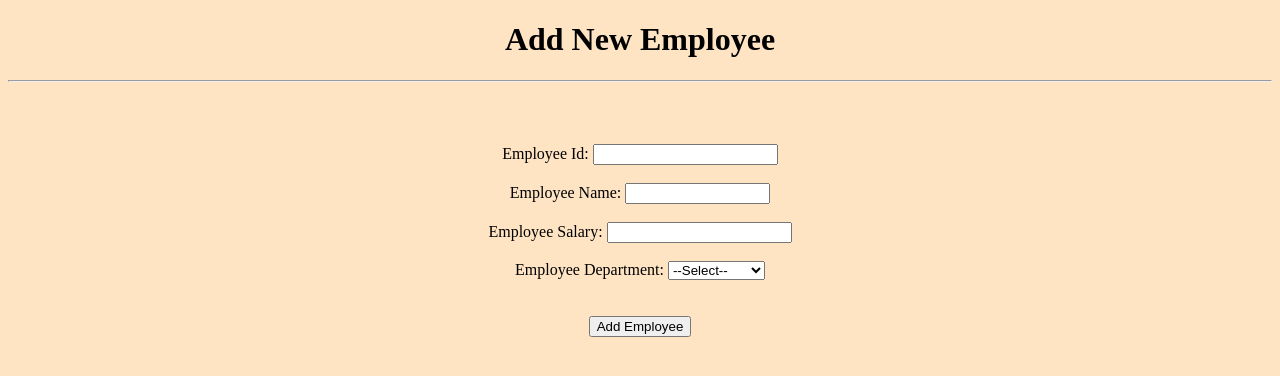
Repository: laikrish/day10
Page: http://localhost/EmployeeApp/
The author's editor kept a copy of each file at every save. The page is drawn from the files as they stood at one save, then again after the next save.
The browser window is 1280 px wide. The pictures show the whole page.
The page is served by Tomcat 9. Other server files are loaded and not shown.

Above is the page before, as saved 2018-09-11 11:12:37.

### EmployeeApp/WebContent/addEmployee.jsp
<%@ page language="java" contentType="text/html; charset=ISO-8859-1"
    pageEncoding="ISO-8859-1"%>
<!DOCTYPE html>
<html>
<head>
<meta charset="ISO-8859-1">
<title>New Employee Page</title>
</head>
<body bgcolor="Bisque" style="text-align:center" >
	<h1>Add New Employee</h1>
	<hr>
	<form action="addEmployee.do" method="post">
	<br><br><br>
		<label> Employee Id: </label>
		<input type="number" name="empId" required />
		<br> <br>
		<label>Employee Name: </label>
		<input type="text" name="empName" size="15" required />
		<br> <br>
		<label> Employee Salary: </label>
		<input type="number" name="empSalary" size="15" required />
		<br> <br>
		<label>Employee Department: </label>
		<select name="empDept" required>
		<option value="">--Select--</option>
			<option value="IT">IT</option>
			<option value="HR">HR</option>
			<option value="ADMIN">ADMIN</option>
			<option value="ACCOUNTS">ACCOUNTS</option>
		</select>
		<br><br><br>
		<input type="submit" value="Add Employee"/>
	</form>
</body>
</html>

After the next save:
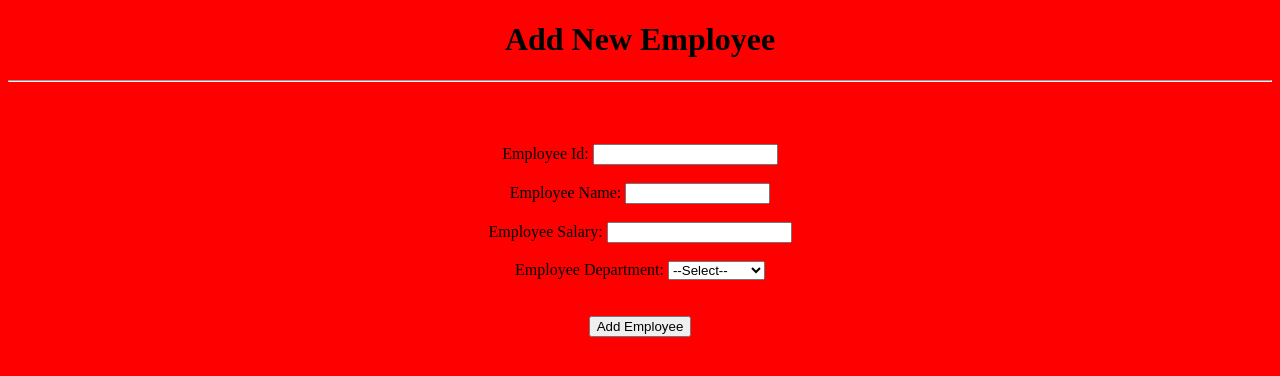
Saved 2 min 19 s later.
--- a/EmployeeApp/WebContent/addEmployee.jsp
+++ b/EmployeeApp/WebContent/addEmployee.jsp
@@ -6,7 +6,7 @@
 <meta charset="ISO-8859-1">
 <title>New Employee Page</title>
 </head>
-<body bgcolor="Bisque" style="text-align:center" >
+<body bgcolor="red" style="text-align:center" >
 	<h1>Add New Employee</h1>
 	<hr>
 	<form action="addEmployee.do" method="post">
